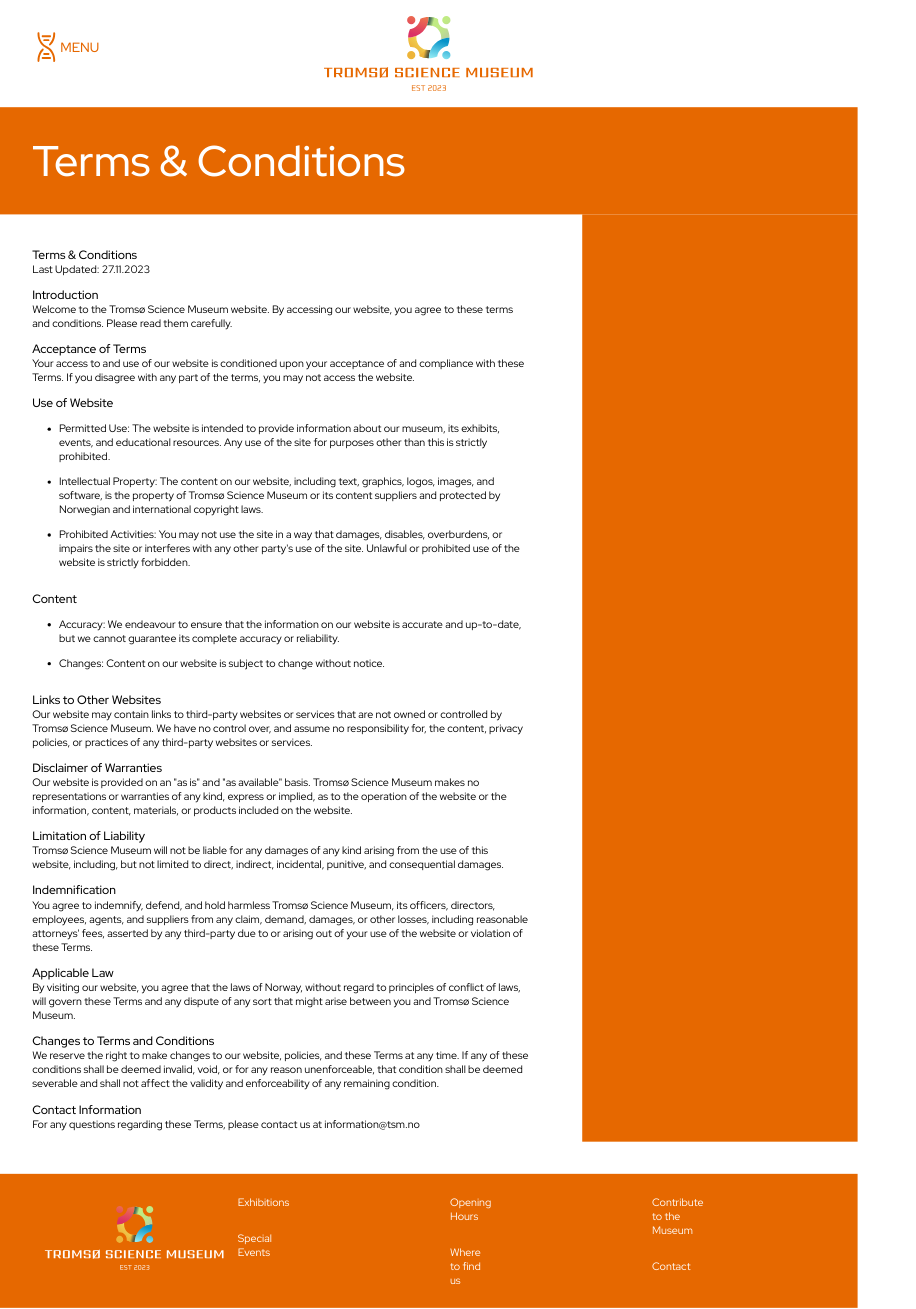
Repository: benjaminskarding/Semester-Project
Page: terms_conditions.html
An editor plug-in stored every save of this project. The page is shown before and after a run of saves, followed by the edit.
The browser window is 1280 px wide. The page is 1367 px wide, so the pictures cover 1367 px, including what lies to the right of the window. The pictures show the whole page, at 67% of full size.

Above is the page before, as saved 2023-11-29 16:05:35.

After the next 2 saves:
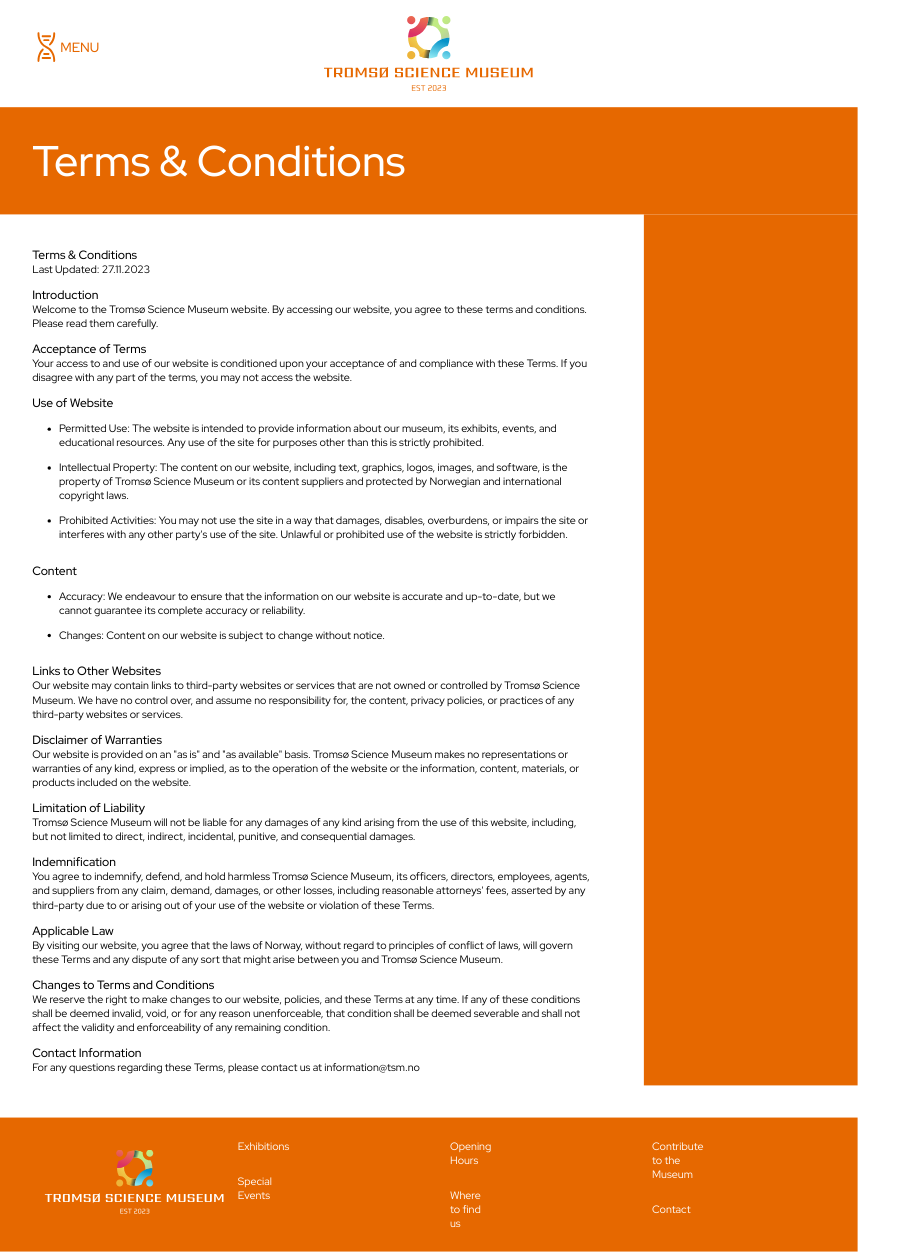
The 2 saves are shown as one change because they came seconds apart.
The last was saved 14 s later.
--- a/src/css/terms_conditions.css
+++ b/src/css/terms_conditions.css
@@ -6,8 +6,9 @@
     display: flex;
     flex-direction: column;
     align-items: center;
+    justify-content: flex-start;
     background-color: #E66800;
-    width: 50%;
+    width: 35%;
 }
 
 .main-content {
